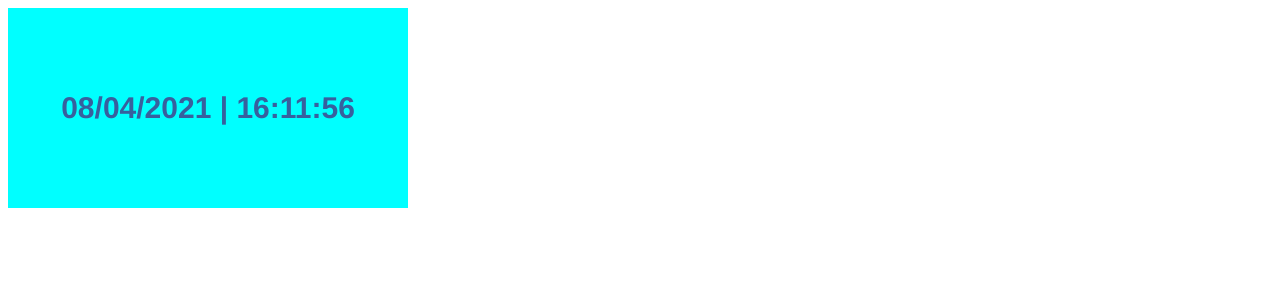
Repository: Widzisz/zadania-JavaScript
Page: www/index.html
An editor plug-in stored every save of this project. The page is shown before and after the next save, followed by the edit.
The browser window is 1280 px wide. The pictures show the whole page.

Above is the page before, as saved 2021-04-08 18:42:55.

After the next save:
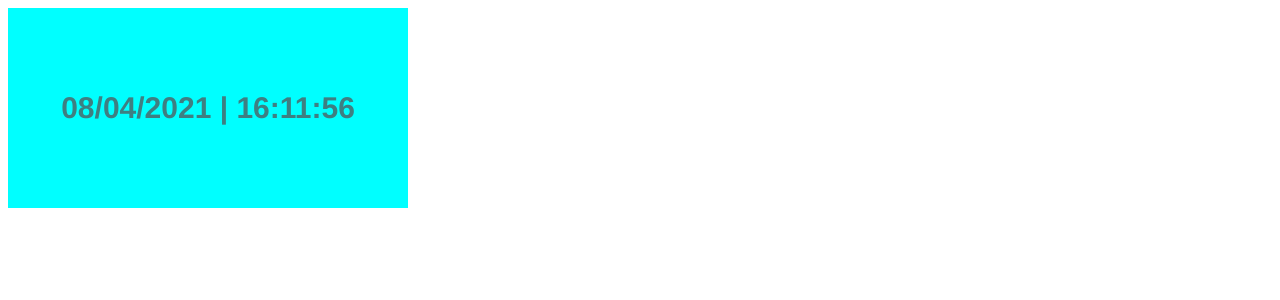
Saved 2 min 15 s later.
--- a/www/main.css
+++ b/www/main.css
@@ -16,7 +16,7 @@
     animation-name: name;
     animation-duration: 4s;
     animation-iteration-count: infinite;
-    animation-timing-function: linear;
+    animation-timing-function: ease-out;
 
 }
 
